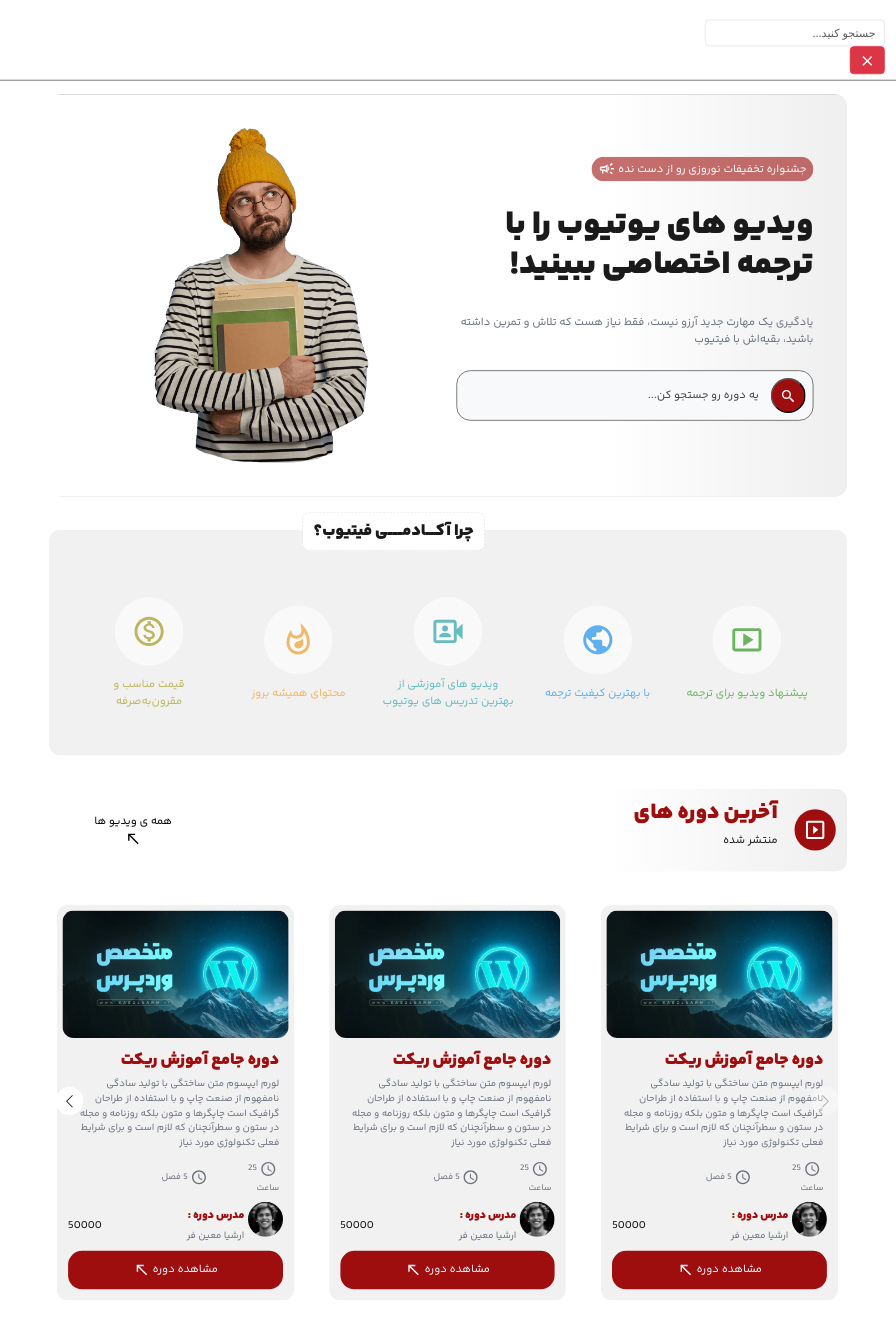
Repository: arshiamoeinfar/fitube
Page: /, after clicking the first element matching `div.utility-bar > :nth-child(2)`
The author's editor kept a copy of each file at every save. The page is drawn from the files as they stood at one save, then again after a run of saves.
The browser window is 1280 px wide. The pictures show the part of the page from y = 0 to 1920 px (the page is 2939 px tall before and 2901 px after), at 70% of full size.
The project was rebuilt for these pictures with package versions that can differ from the ones it lists, and the page was loaded fresh each time. Also part of the build but not shown: src/components/LandingCounter/LandingCounter.css, src/components/LandingCounter/LandingCounter.js, src/components/BoxHeader/BoxHeader.jsx, src/components/Category/Category.jsx, src/components/CartPermium/CartPremium.jsx, src/components/BuyPremium/BuyPremium.jsx, src/pages/Login/Login.js, src/components/MovieHeader/VideoPlayer.css and 2 more. Imported but missing from the stored project, and not drawn on this page: src/assets/videos/video5972191431412946595.mp4.

Above is the page before, as saved 2025-04-04 11:42:13.

After the next 2 saves:
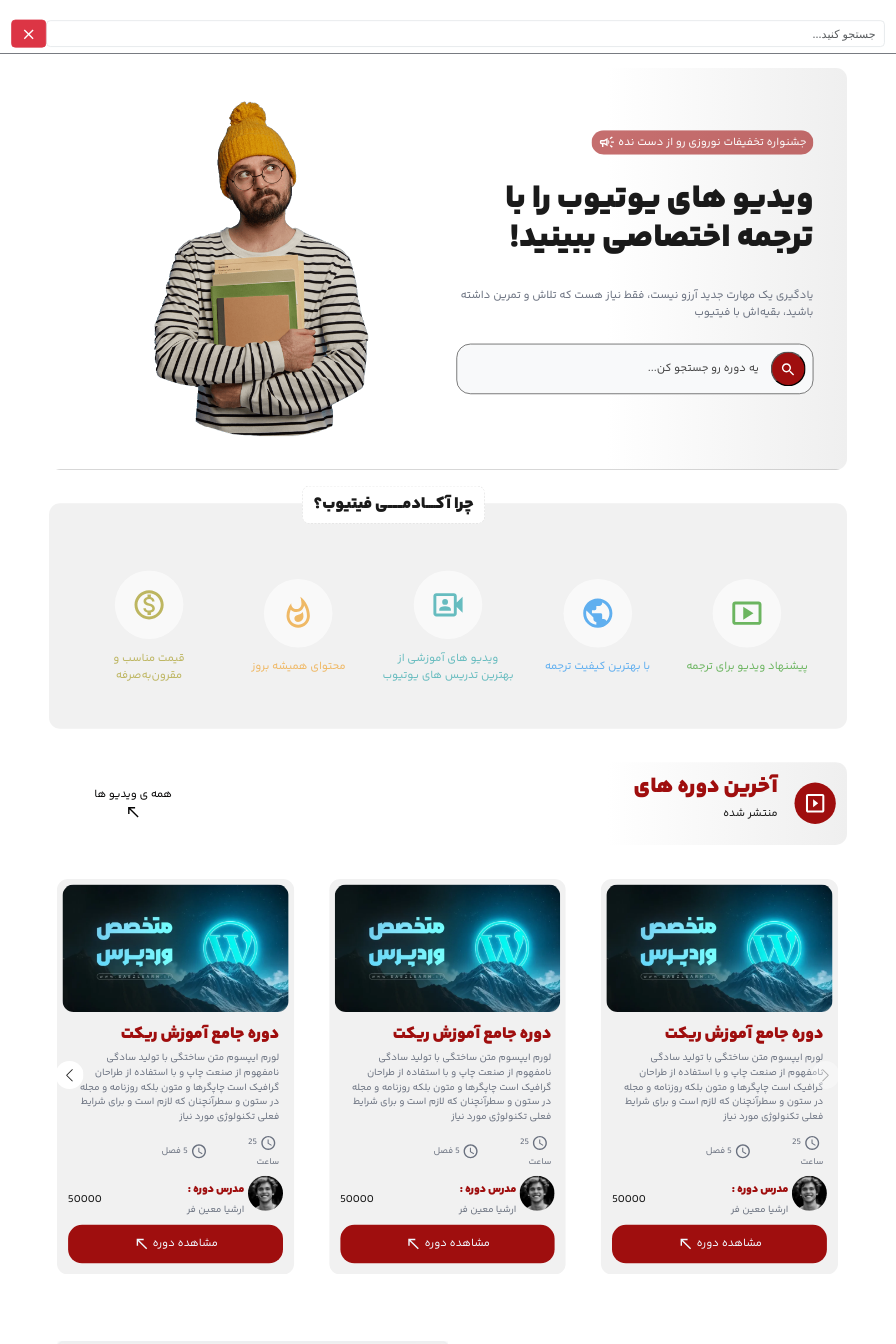
The 2 saves are shown as one change because they came seconds apart.
The last was saved 16 s later.
--- a/src/components/Navbar/Navbar.jsx
+++ b/src/components/Navbar/Navbar.jsx
@@ -21,7 +21,7 @@ const Header = () => {
     <Navbar id="navbar" className="container-fluid px-3 mx-auto ">
       {
         isShowSerachBox ? (
-          <div className="search-box">
+          <div className="search-box w-100 d-flex justify-content-between align-items-center">
             <input type="text" placeholder="جستجو کنید..." className="form-control" />
             <button className="btn btn-danger"><CloseIcon/></button>
           </div>
